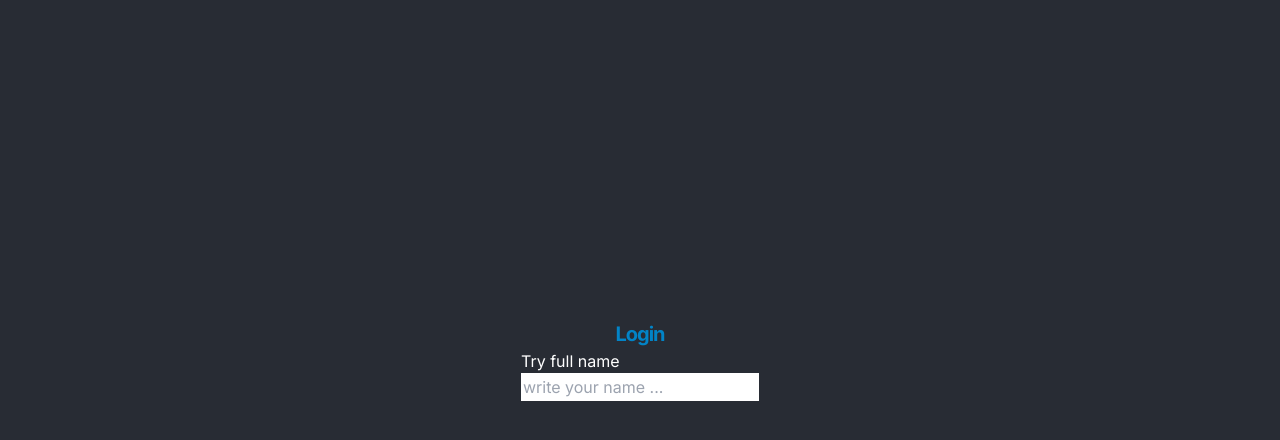
Repository: devsecops-node/simple-play
Page: /
The author's editor kept a copy of each file at every save. The page is drawn from the files as they stood at one save, then again after a run of saves.
The browser window is 1280 px wide. The pictures show the whole page.
The project was rebuilt for these pictures with package versions that can differ from the ones it lists, and the page was loaded fresh each time. The framework's server and built-in components were replaced by stand-ins that run in the browser. Also part of the build but not shown: next.config.mjs.

Above is the page before, as saved 2024-06-21 12:22:57.

### src/app/(main)/page.tsx
import Image from "next/image";
import Container from "../_components/Container";

export default function Home() {
  return (
    <Container>
      <h1 className="text-[20px] text-sky-600 font-bold tracking-tighter">Login</h1>
      <form action="/" className="flex flex-col">
        <section className="flex flex-col">
          <label htmlFor="name" >Try full name</label>
          <input type="text" placeholder="write your name ..." id="name"/>
        </section>
      </form>
    </Container>
  );
}

### src/app/globals.css
@tailwind base;
@tailwind components;
@tailwind utilities;

:root {
  --foreground-rgb: 0, 0, 0;
  --background-start-rgb: 214, 219, 220;
  --background-end-rgb: 255, 255, 255;
}

@media (prefers-color-scheme: dark) {
  :root {
    --foreground-rgb: 255, 255, 255;
    --background-start-rgb: 0, 0, 0;
    --background-end-rgb: 0, 0, 0;
  }
}

body {
  color: rgb(var(--foreground-rgb));
  background: linear-gradient(
      to bottom,
      transparent,
      rgb(var(--background-end-rgb))
    )
    rgb(var(--background-start-rgb));
}

@layer utilities {
  .text-balance {
    text-wrap: balance;
  }
}

input{
  color: black;
  padding: 2px;
}

### src/app/_components/Container.tsx
import React from 'react'

const Container = ({ children }: { children: React.ReactNode }) => {
  return (
    <div className='bg-[#282c34] h-screen text-white flex flex-col justify-center items-center'>
      {children}
    </div>
  )
}

export default Container

Loaded but not shown: src/app/layout.tsx (common file); tailwind.config.ts (common file)

After the next 2 saves:
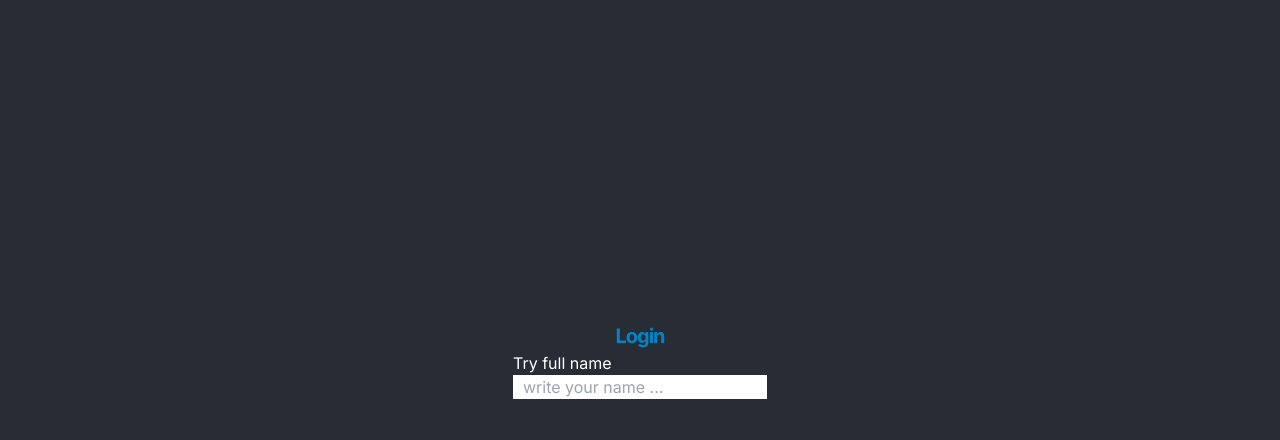
The 2 saves are shown as one change because they came seconds apart.
The last was saved 13 s later.
--- a/src/app/globals.css
+++ b/src/app/globals.css
@@ -34,5 +34,6 @@ body {
 
 input{
   color: black;
-  padding: 2px;
+  padding: 0 10px;
+
 }
